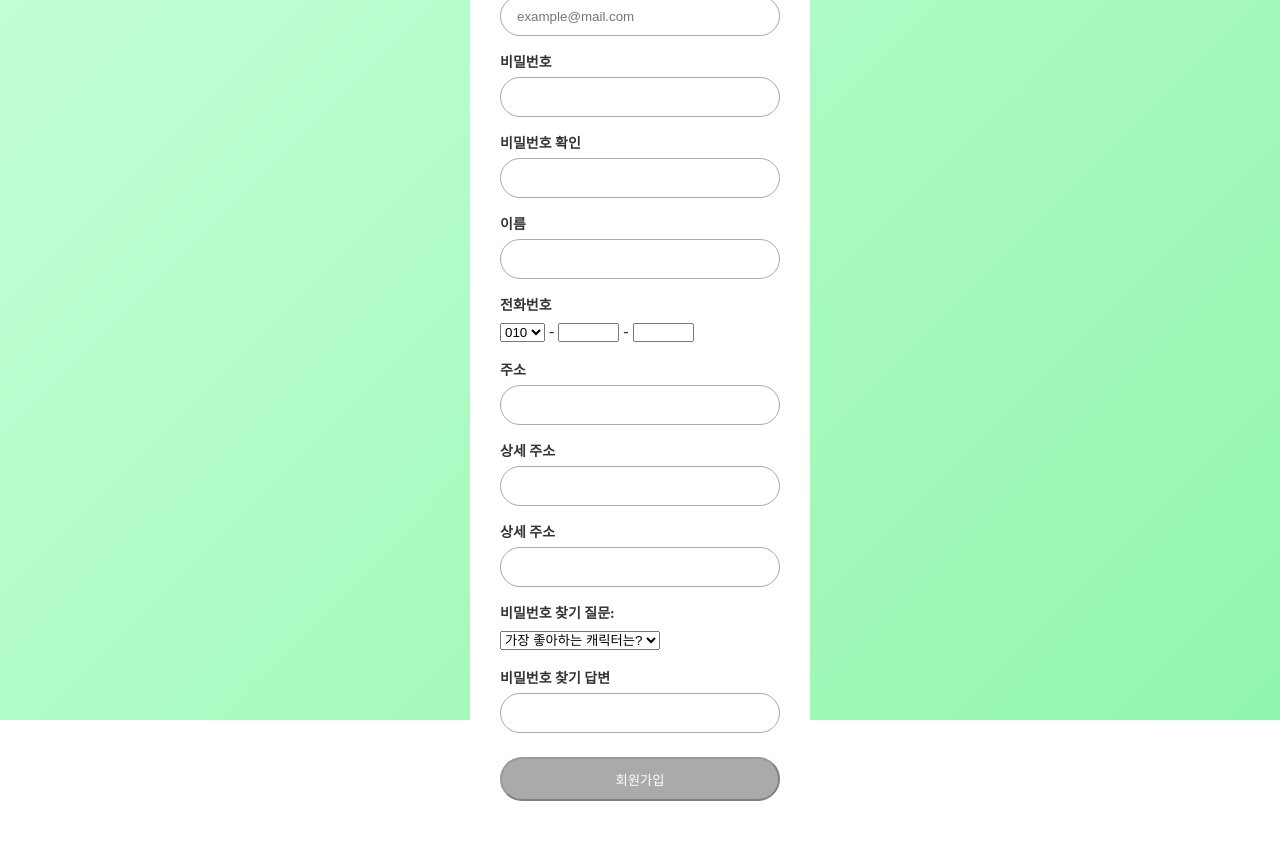
Repository: leesaereum/funding
Page: http://localhost/Funding/pages/SignUp.jsp
An editor plug-in stored every save of this project. The page is shown before and after the next save, followed by the edit.
The browser window is 1280 px wide. The pictures show the whole page.
The page is served by Tomcat 9.

Above is the page before, as saved 2022-04-06 06:33:24.

After the next save:
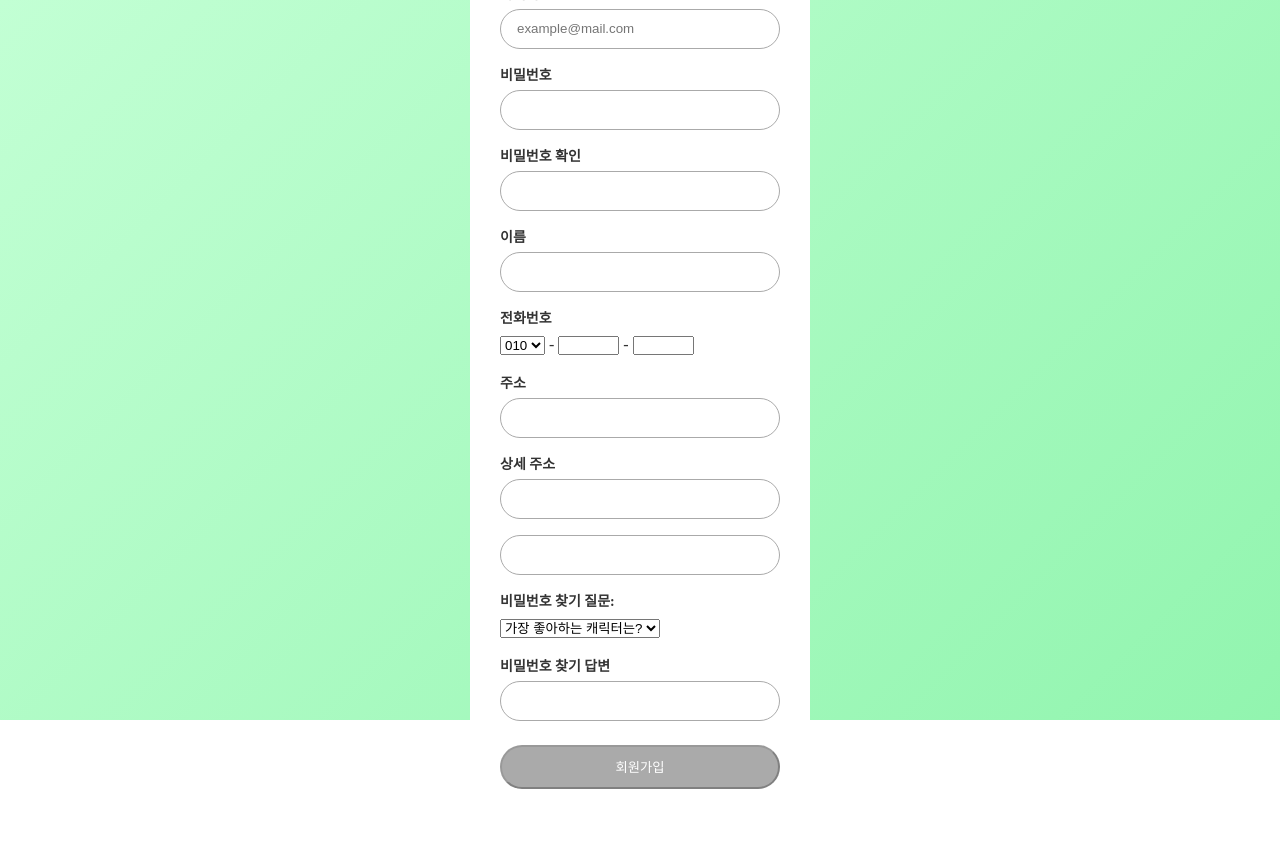
Saved 32 s later.
--- a/Funding/src/main/webapp/pages/SignUp.jsp
+++ b/Funding/src/main/webapp/pages/SignUp.jsp
@@ -369,7 +369,6 @@ background-position
 				</div>
 				<div class="signIn__liner">
 					<p class="signUp__warning"></p>
-					<p class="signUp__subTitle">상세 주소</p>
 					<input class="signUp__input" id="address_3" type="text" name="address_3">
 				</div>
 
